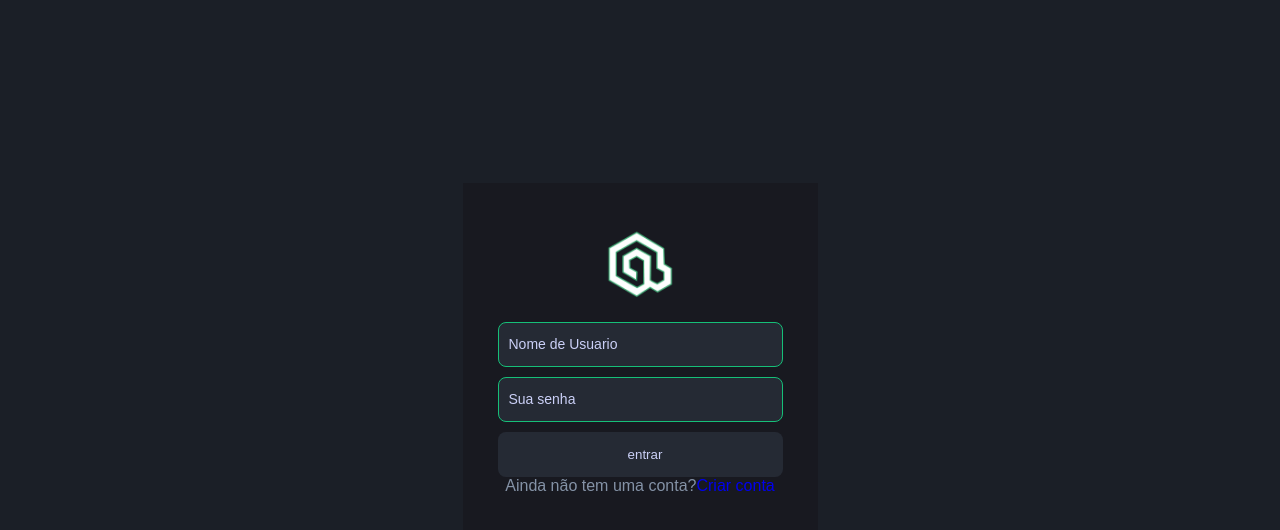
Repository: ichumbo/StarkDashboard
Page: login.html
These files come from the project's save history. The page is drawn as it stood at one moment and after the next save; the edit follows.
The browser window is 1280 px wide. The pictures show the whole page.

Above is the page before, as saved 2023-06-14 01:37:43.

After the next save:
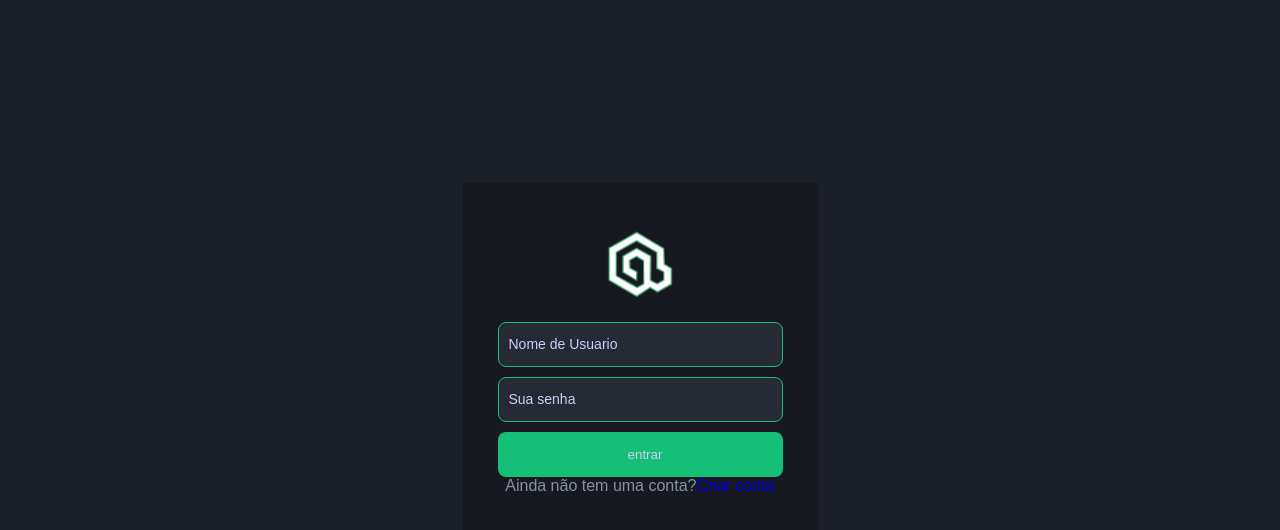
Saved 17 s later.
--- a/css/login.css
+++ b/css/login.css
@@ -44,7 +44,7 @@
 
 .login .submit {
     margin-top: 10px;
-    background-color: #252A34;
+    background-color: #16BF78;
     color: #CBD0F7;
     height: 45px;
     outline: none;
